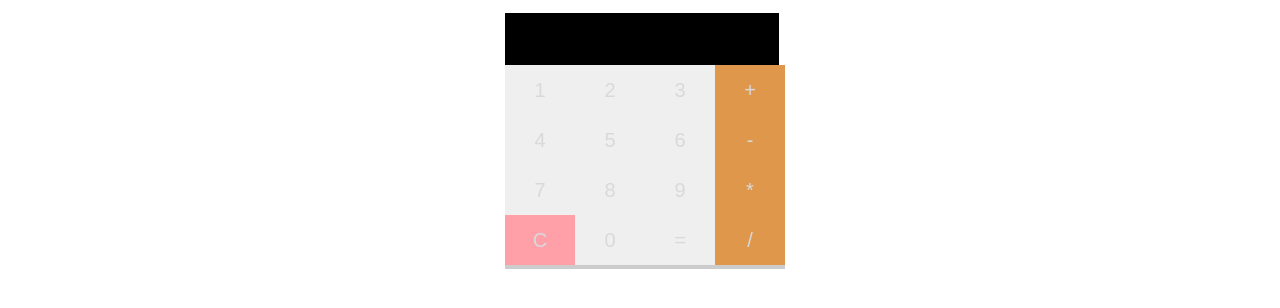
Repository: Drumstrum88/LAB-calculator
Page: index.html
These files come from the project's save history. The page is drawn as it stood at one moment and after the next save; the edit follows.
The browser window is 1280 px wide. The pictures show the whole page.

Above is the page before, as saved 2023-04-15 21:05:15.

After the next save:
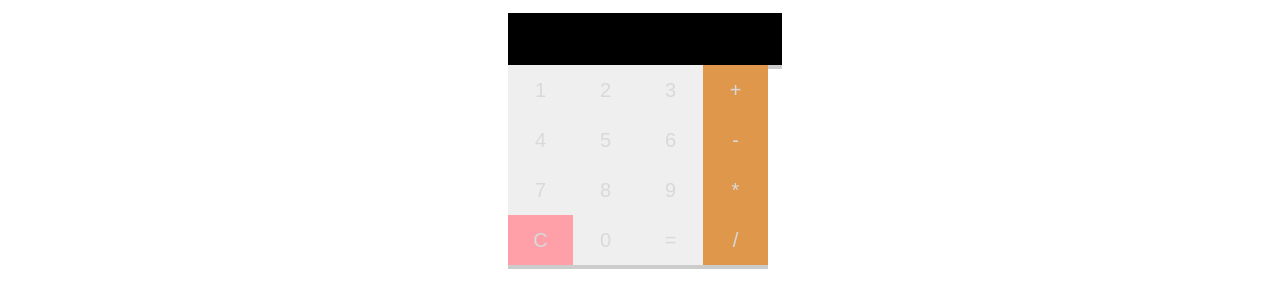
Saved 4 s later.
--- a/main.css
+++ b/main.css
@@ -35,7 +35,7 @@ input{
   border: 0;
   color:#d8d9db ;
   background-color: 4px;
-  width: 70px;
+  width: 65px;
   height: 50px;
   float: left;
   /*margin: 5px;*/
